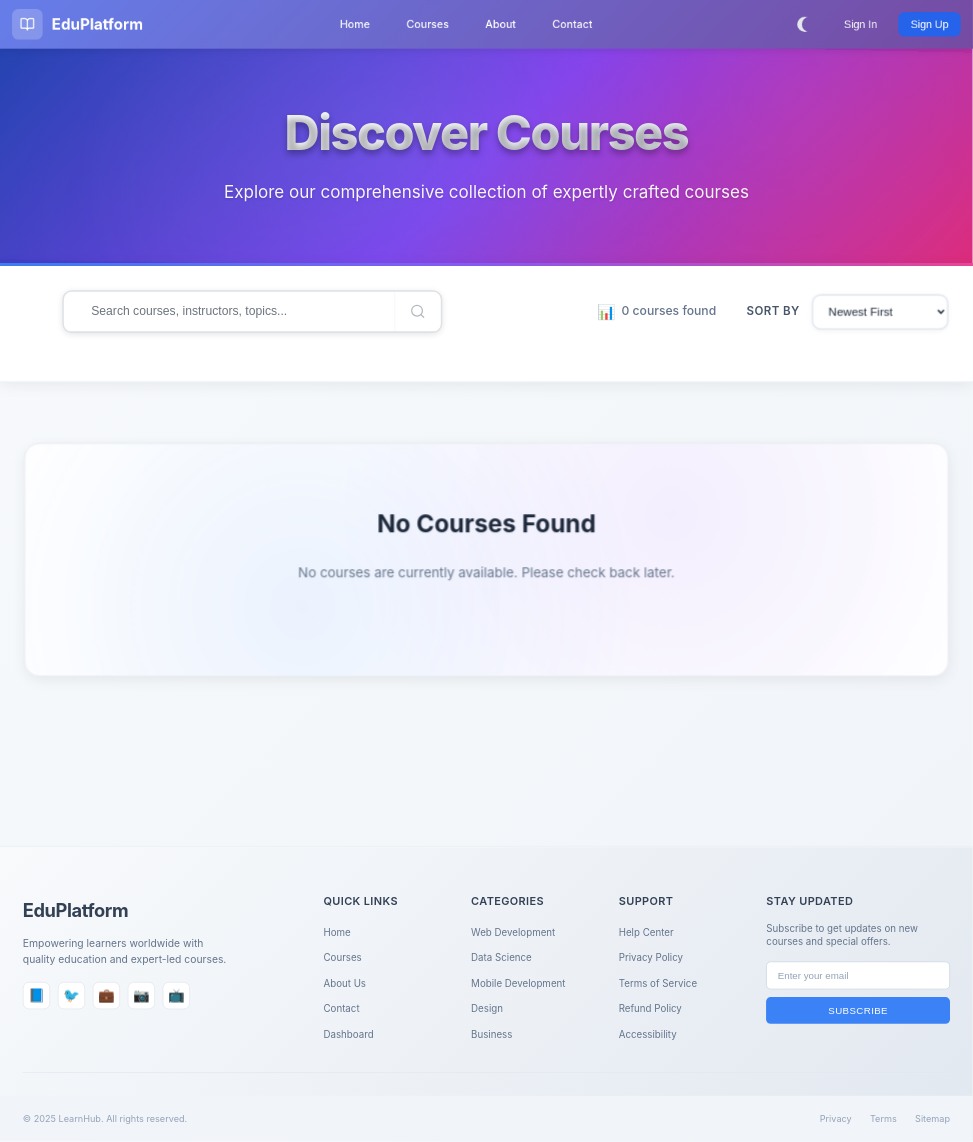
Repository: usama2132/E-Learning
Page: /#/courses (app in client/)
The author's editor kept a copy of each file at every save. The page is drawn from the files as they stood at one save, then again after the next save.
The browser window is 1280 px wide. The pictures show the whole page, at 76% of full size.
The page's requests for data from a server got no answer. The project was rebuilt for these pictures with package versions that can differ from the ones it lists, and the page was loaded fresh each time. No one was signed in, and anything a server would have sent is missing. Also part of the build but not shown: client/craco.config.js, client/src/components/common/Sidebar.js, client/src/layouts/DashboardLayout.js, client/src/styles/components/Loading.css, client/src/components/common/Loading.js, client/src/components/common/ProtectedRoute.js, client/src/styles/components/ErrorBoundary.css, client/src/components/common/ErrorBoundary.js and 96 more.

Above is the page before, as saved 2025-09-03 04:03:42.

After the next save:
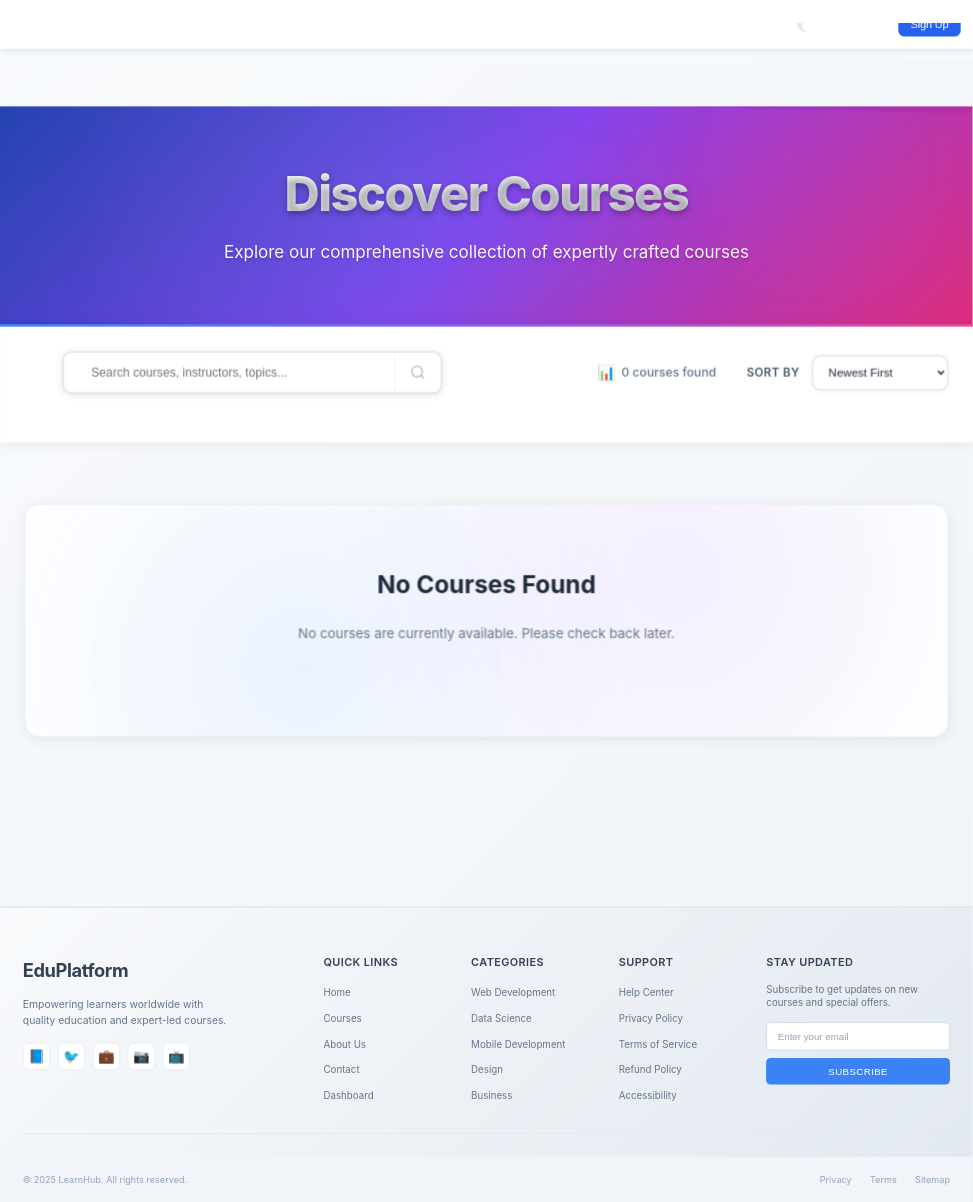
Saved 3 min 21 s later.
--- a/client/src/styles/pages/Courses.css
+++ b/client/src/styles/pages/Courses.css
@@ -986,3 +986,19 @@
 .courses-page.dark .courses-page__clear-search:focus {
   outline-color: #6366f1;
 }
+
+/* Quick navbar fix */
+.navbar, .header, [class*="nav-"] {
+  position: fixed !important;
+  top: 0 !important;
+  left: 0 !important;
+  right: 0 !important;
+  z-index: 9999 !important;
+  width: 100% !important;
+  background: rgba(255, 255, 255, 0.95) !important;
+  backdrop-filter: blur(10px) !important;
+}
+
+body {
+  padding-top: 80px !important;
+}
